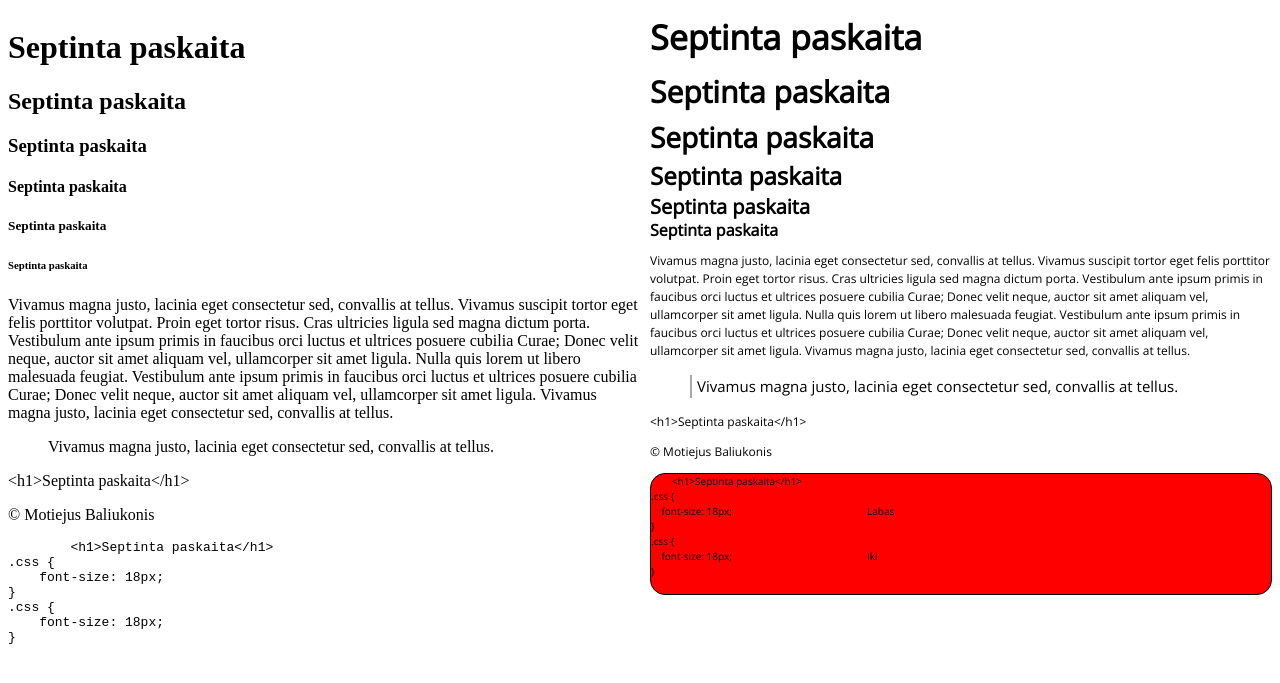
Repository: motiejus1/07-paskaita-05.31
Page: index.html
An editor plug-in stored every save of this project. The page is shown before and after a run of saves, followed by the edit.
The browser window is 1280 px wide. The pictures show the whole page.

Above is the page before, as saved 2021-06-10 20:50:33.

### index.html
<!DOCTYPE html>
<html lang="en">
<head>
    <meta charset="UTF-8">
    <meta http-equiv="X-UA-Compatible" content="IE=edge">
    <meta name="viewport" content="width=device-width, initial-scale=1.0">
    <title>Septinta paskaita</title>

    <link rel="preconnect" href="https://fonts.gstatic.com">
    <link href="https://fonts.googleapis.com/css2?family=Open+Sans&display=swap" rel="stylesheet">

    <style>
        .container {
            width: 100%;
        }

        .left, .right {
            float:left;
            width: 50%;

        }

        .right {
            font-family: 'Open Sans', sans-serif;
        }

        .right pre {
            font-family: 'Open Sans', sans-serif;
            font-size: 10px;
            line-height: 1.5;
            color: black;
            border: 1px solid black;
            border-radius: 15px;
            background-color: red ;
        }

        .right h1, .right h2, .right h3, .right h4, .right h5, .right h6 {
            margin: 0;
            font-weight: 700;
        }

        .right h1 {
            /* font-family: 'Open Sans', sans-serif; */
            font-size: 34px;
            line-height: 1.75;
        }

        .right h2 {
            font-size: 30px;
            line-height: 1.6;
        }

        .right h3 {
            font-size: 28px;
            line-height: 1.5;
        }

        .right h4 {
            font-size: 24px;
            line-height: 1.5;
        }

        .right h5 {
            font-size: 20px;
            line-height: 1.3;
        }

        .right h6 {
            font-size: 16px;
            line-height: 1.3;
        }

        .right p {
            font-size: 12px;
            line-height: 1.5;
            font-weight: 400;
        }

        .right blockquote {
            font-size: 15px;
            line-height: 1.5;
            font-weight: 400;
            border-left: 2px solid darkgrey;
            padding-left: 5px;
            /* border: 2px solid darkgrey */
        }
        .right-container {
            padding-left: 10px;
        }

    </style>
</head>
<body>
    <div class="container">
        <div class="left">
            <h1>Septinta paskaita</h1>
            <h2>Septinta paskaita</h2>
            <h3>Septinta paskaita</h3>
            <h4>Septinta paskaita</h4>
            <h5>Septinta paskaita</h5>
            <h6>Septinta paskaita</h6>

            <p>Vivamus magna justo, lacinia eget consectetur sed, convallis at tellus. Vivamus suscipit tortor eget felis porttitor volutpat. Proin eget tortor risus. Cras ultricies ligula sed magna dictum porta. Vestibulum ante ipsum primis in faucibus orci luctus et ultrices posuere cubilia Curae; Donec velit neque, auctor sit amet aliquam vel, ullamcorper sit amet ligula. Nulla quis lorem ut libero malesuada feugiat. Vestibulum ante ipsum primis in faucibus orci luctus et ultrices posuere cubilia Curae; Donec velit neque, auctor sit amet aliquam vel, ullamcorper sit amet ligula. Vivamus magna justo, lacinia eget consectetur sed, convallis at tellus.</p>

            <blockquote>Vivamus magna justo, lacinia eget consectetur sed, convallis at tellus.</blockquote>

            <p> &lt;h1&gt;Septinta paskaita&lt;/h1&gt;  </p>
            <p>&copy; Motiejus Baliukonis</p>

            <pre>
        &lt;h1&gt;Septinta paskaita&lt;/h1&gt;
.css {
    font-size: 18px;
}
.css {
    font-size: 18px;
}
            </pre>
        </div>
        <div class="right">
            <div class="right-container">
            <h1>Septinta paskaita</h1>
            <h2>Septinta paskaita</h2>
            <h3>Septinta paskaita</h3>
            <h4>Septinta paskaita</h4>
            <h5>Septinta paskaita</h5>
            <h6>Septinta paskaita</h6>

            <p>Vivamus magna justo, lacinia eget consectetur sed, convallis at tellus. Vivamus suscipit tortor eget felis porttitor volutpat. Proin eget tortor risus. Cras ultricies ligula sed magna dictum porta. Vestibulum ante ipsum primis in faucibus orci luctus et ultrices posuere cubilia Curae; Donec velit neque, auctor sit amet aliquam vel, ullamcorper sit amet ligula. Nulla quis lorem ut libero malesuada feugiat. Vestibulum ante ipsum primis in faucibus orci luctus et ultrices posuere cubilia Curae; Donec velit neque, auctor sit amet aliquam vel, ullamcorper sit amet ligula. Vivamus magna justo, lacinia eget consectetur sed, convallis at tellus.</p>

            <blockquote>Vivamus magna justo, lacinia eget consectetur sed, convallis at tellus.</blockquote>

            <p> &lt;h1&gt;Septinta paskaita&lt;/h1&gt;  </p>
            <p>&copy; Motiejus Baliukonis</p>

            <pre>
        &lt;h1&gt;Septinta paskaita&lt;/h1&gt;
.css {
    font-size: 18px;                                                    Labas
}
.css {
    font-size: 18px;                                                    Iki
}
            </pre>
        </div>
        </div>
    </div>
</body>
</html>

After the next 2 saves:
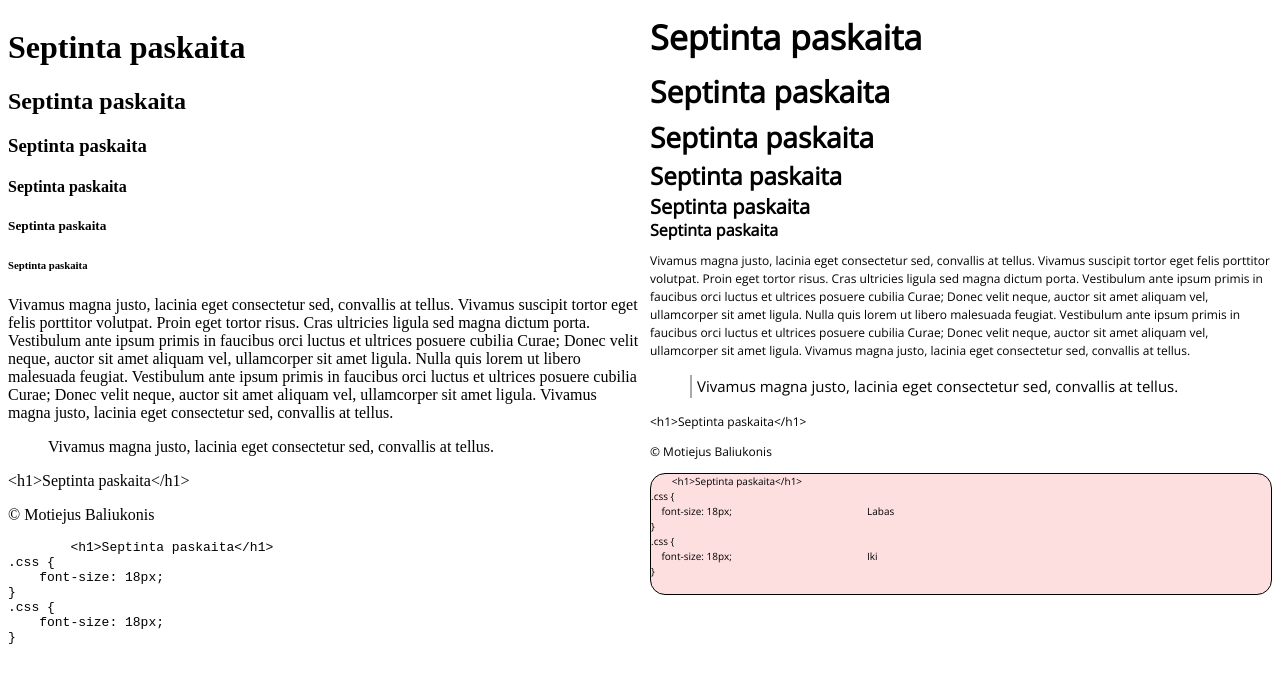
The 2 saves are shown as one change because they came seconds apart.
The last was saved 18 s later.
--- a/index.html
+++ b/index.html
@@ -31,7 +31,7 @@
             color: black;
             border: 1px solid black;
             border-radius: 15px;
-            background-color: red ;
+            background-color: #fddfdf ;
         }
 
         .right h1, .right h2, .right h3, .right h4, .right h5, .right h6 {
